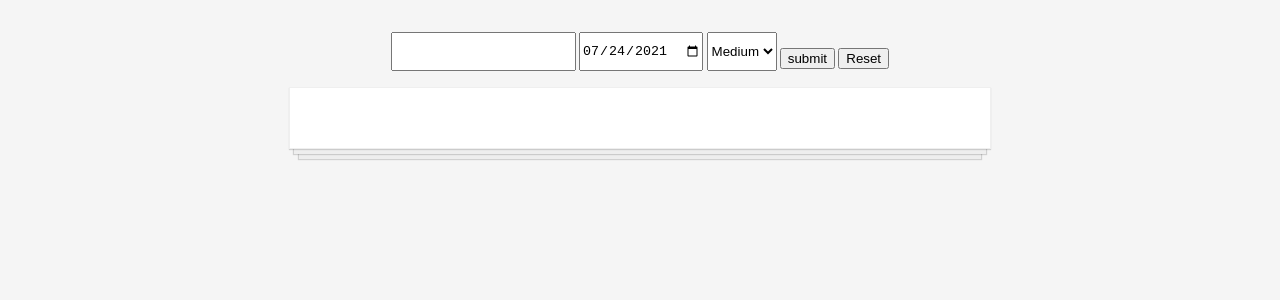
Repository: 0101chaitanya/react-todo
Page: /
The author's editor kept a copy of each file at every save. The page is drawn from the files as they stood at one save, then again after the next save.
The browser window is 1280 px wide. The pictures show the whole page.
The project was rebuilt for these pictures with package versions that can differ from the ones it lists, and the page was loaded fresh each time. Also part of the build but not shown: src/components/TodoItem.js.

Above is the page before, as saved 2021-07-24 16:36:15.

After the next save:
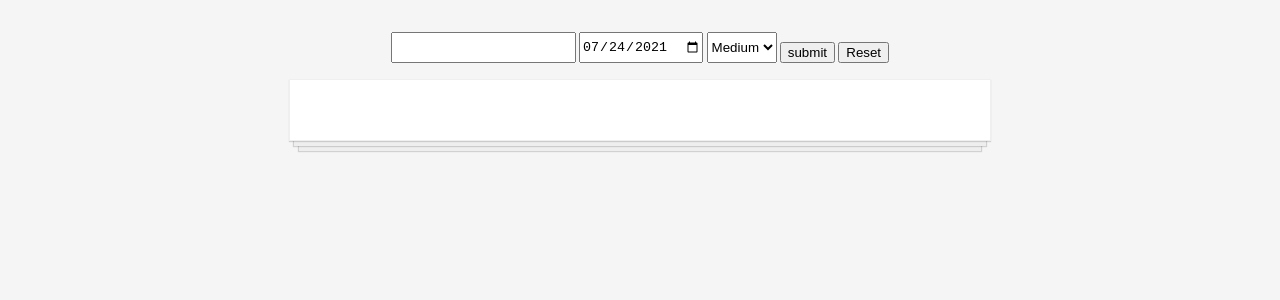
Saved 10 s later.
--- a/src/App.css
+++ b/src/App.css
@@ -42,7 +42,7 @@ input[type="checkbox"]:focus {
 }
 
 .input-form {
-  font-size: 2rem;
+  font-size: 1.6rem;
   display: grid;
   justify-content: center;
   position: relative;
